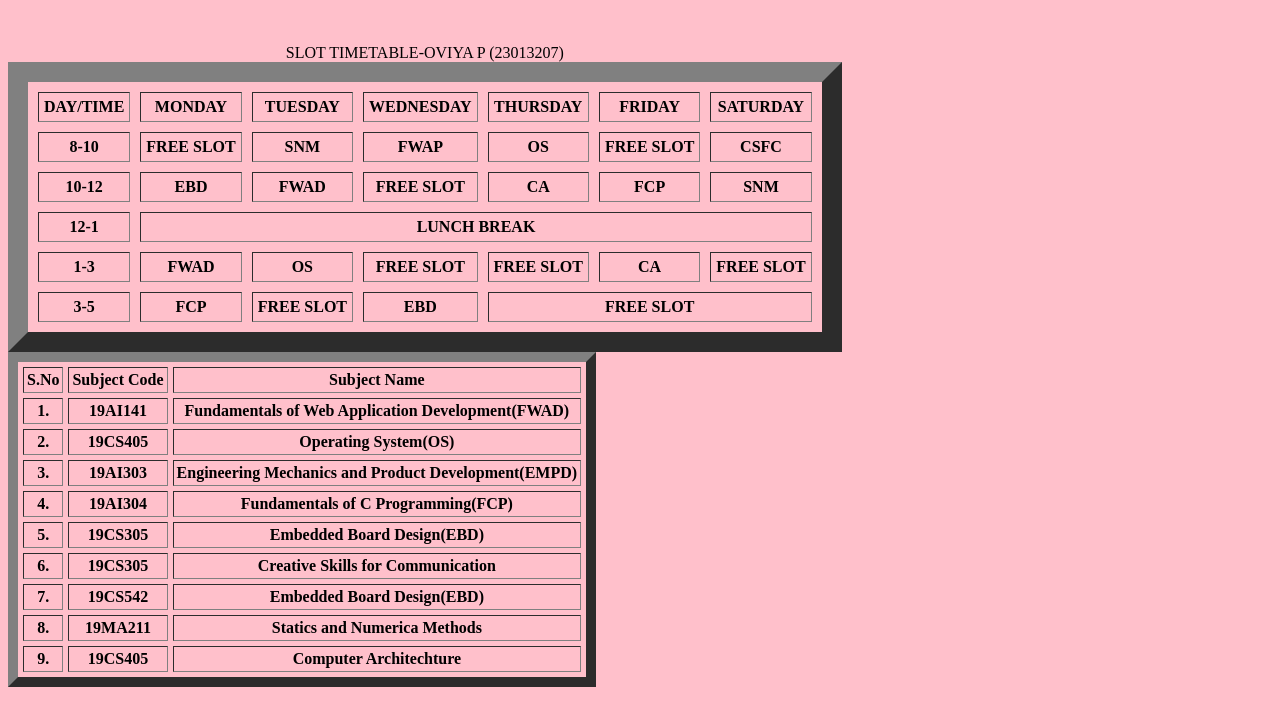
Repository: Oviya24032K6/slot
Page: oviya/static/time.html
An editor plug-in stored every save of this project. The page is shown before and after the next save, followed by the edit.
The browser window is 1280 px wide. The pictures show the whole page.

Above is the page before, as saved 2024-03-13 15:35:30.

### oviya/static/time.html
<html>
    <head>
        <title>SLOT TIMETABLE-OVIYA P (23013207)</title>
    </head>
    <body bgcolor="pink" align="center" >
    <table align="left" border="20" cellspacing="10" cellpadding="5">
    <caption>SLOT TIMETABLE-OVIYA P (23013207)</caption>
        <tr>
            <th>DAY/TIME</th>
            <th>MONDAY</th>
            <th>TUESDAY</th>
            <th>WEDNESDAY</th>
            <th>THURSDAY</th>
            <th>FRIDAY</th>
            <th>SATURDAY</th>
        </tr>
        <tr>
            <th>8-10</th>
            <th>FREE SLOT</th>
            <th>SNM</th>
            <th>FWAP</th>
            <th>OS</th>
            <th>FREE SLOT</th>
            <th>CSFC</th>
        </tr>
        <tr>
            <th>10-12</th>
            <th>EBD</th>
            <th>FWAD</th>
            <th>FREE SLOT</th>
            <th>CA</th>
            <th>FCP</th>
            <th>SNM</th>
        </tr>
        <tr>
            <th>12-1</th>
            <th colspan="6">LUNCH BREAK</th>
        </tr>
        <tr>
            <th>1-3</th>
            <th>FWAD</th>
            <th>OS</th>
            <th>FREE SLOT</th>
            <th>FREE SLOT</th>
            <th>CA</th>
            <th>FREE SLOT</th>
        </tr>
        <tr>
            <th>3-5</th>
            <th>FCP</th>
            <th>FREE SLOT</th>
            <th>EBD</th>
            <th colspan="4">FREE SLOT</th>
        </tr>
    <br>
    <br>
    <table align="left" border="10" cellspacing="5" cellpadding="3">
        <tr>
            <th>S.No</th>
            <th>Subject Code</th>
            <th>Subject Name</th>
        </tr>
        <tr>
            <th>1.</th>
            <th>19AI141</th>
            <th>Fundamentals of Web Application Development(FWAD)</th>
        </tr>
        <tr>
            <th>2.</th>
            <th>19CS405</th>
            <th>Operating System(OS)</th>
        </tr>
        <tr>
            <th>3.</th>
            <th>19AI303</th>
            <th>Engineering Mechanics and Product Development(EMPD)</th>
        </tr>
        <tr>
            <th>4.</th>
            <th>19AI304</th>
            <th>Fundamentals of C Programming(FCP)</th>
        </tr>
        <tr>
            <th>5.</th>
            <th>19CS305</th>
            <th>Embedded Board Design(EBD)</th>
        </tr>
        <tr>
            <th>6.</th>
            <th>19CS305</th>
            <th>Creative Skills for Communication</th>
        </tr>
        <tr>
            <th>7.</th>
            <th>19CS542</th>
            <th>Embedded Board Design(EBD)</th>
        </tr>
        <tr>
            <th>8.</th>
            <th>19MA211</th>
            <th>Statics and Numerica Methods</th>
        </tr>
        <tr>
            <th>9.</th>
            <th>19CS405</th>
            <th>Computer Architechture</th>
        </tr>
    </table>
</html>
</html>

After the next save:
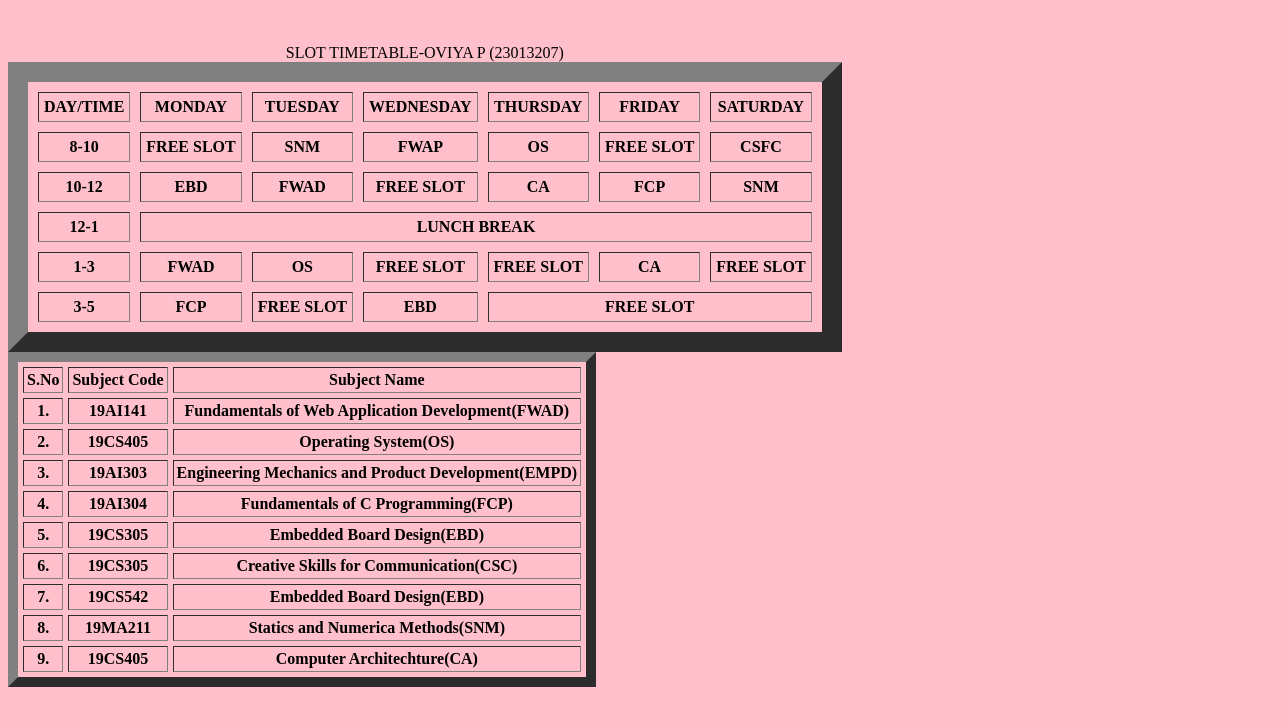
Saved 54 s later.
--- a/oviya/static/time.html
+++ b/oviya/static/time.html
@@ -88,7 +88,7 @@
         <tr>
             <th>6.</th>
             <th>19CS305</th>
-            <th>Creative Skills for Communication</th>
+            <th>Creative Skills for Communication(CSC)</th>
         </tr>
         <tr>
             <th>7.</th>
@@ -98,12 +98,12 @@
         <tr>
             <th>8.</th>
             <th>19MA211</th>
-            <th>Statics and Numerica Methods</th>
+            <th>Statics and Numerica Methods(SNM)</th>
         </tr>
         <tr>
             <th>9.</th>
             <th>19CS405</th>
-            <th>Computer Architechture</th>
+            <th>Computer Architechture(CA)</th>
         </tr>
     </table>
 </html>
